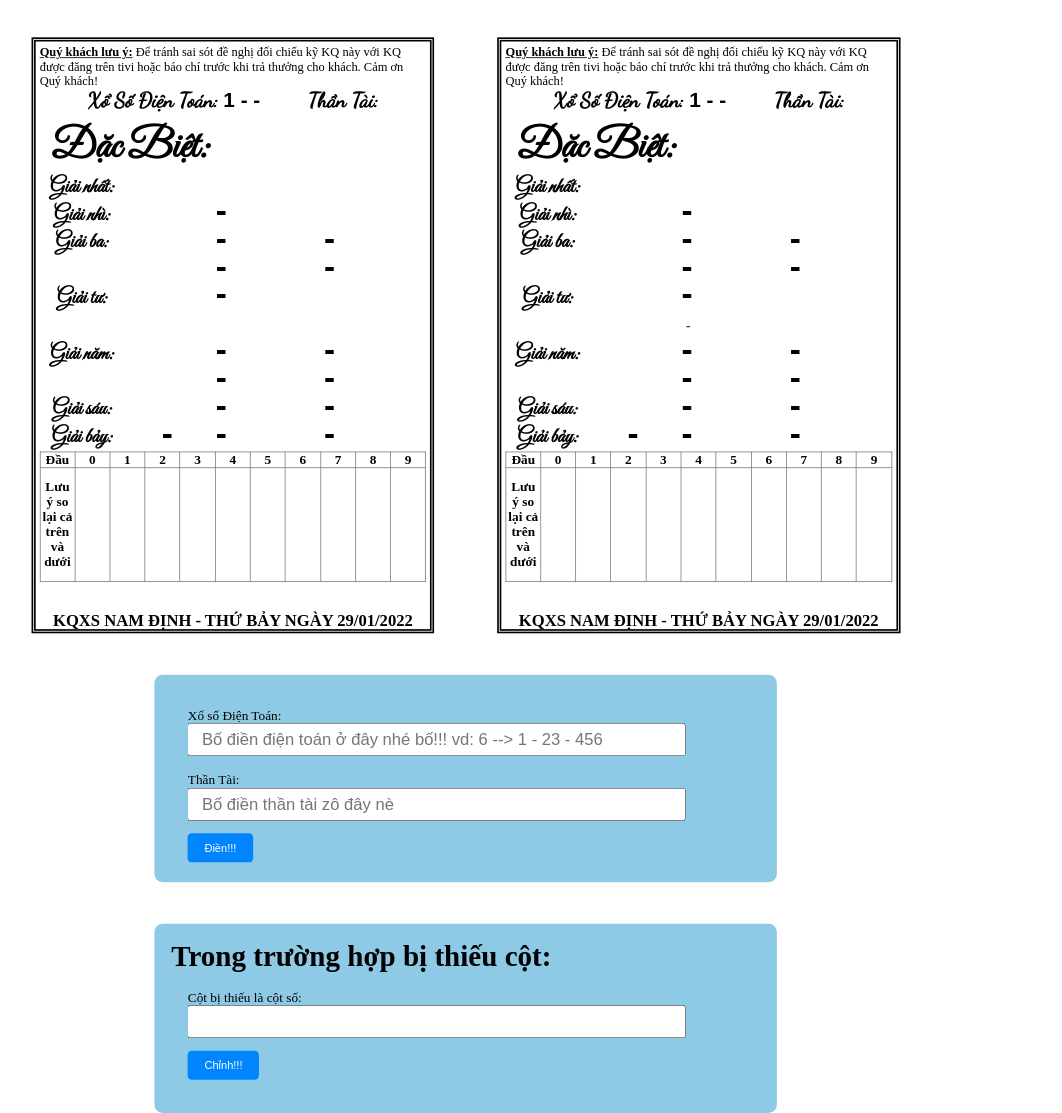
Repository: AnhDuc0125/xskt123
Page: index.html
An editor plug-in stored every save of this project. The page is shown before and after a run of saves, followed by the edit.
The browser window is 1280 px wide. The pictures show the whole page, at 83% of full size.
The page's requests for data from a server got no answer. Some web fonts or font styles are not loaded; a fallback is used.

Above is the page before, as saved 2022-01-29 19:51:45.

### index.html
<!DOCTYPE html>
<html lang="en">
  <head>
    <meta charset="UTF-8" />
    <meta http-equiv="X-UA-Compatible" content="IE=edge" />
    <meta name="viewport" content="width=device-width, initial-scale=1.0" />
    <link rel="stylesheet" href="style.css" />
    <title>Document</title>
  </head>
  <body>
    <div class="boxed__container">
      <div class="boxed--1">
        <div class="header">
          <div class="header--1">
            <b><u>Quý khách lưu ý:</u></b> Để tránh sai sót đề nghị đối chiếu kỹ
            KQ này với KQ được đăng trên tivi hoặc báo chí trước khi trả thưởng
            cho khách. Cảm ơn Quý khách!
          </div>
          <div class="header--2">
            <div class="dienToan">
              Xổ Số Điện Toán:
              <span id="data__dienToan--1">1 - - </span>
            </div>
            <div class="thanTai">
              Thần Tài: <span id="data__thanTai--1"></span>
            </div>
          </div>
        </div>

        <div class="body">
          <div class="body--1">
            <div class="dacBiet">
              Đặc Biệt:
              <span id="data__dacBiet" class="data__body--1"></span>
            </div>
          </div>
          <div class="body--2">
            <!-- row1 -->
            <div class="body__item body__name">Giải nhất:</div>
            <div class="body__item data__body--1"></div>
            <div class="body__item"></div>
            <div class="body__item"></div>
            <div class="body__item"></div>
            <div class="body__item"></div>
            <!-- row2 -->
            <div class="body__item body__name">Giải nhì:</div>
            <div class="body__item data__body--1"></div>
            <div class="body__item space">-</div>
            <div class="body__item data__body--1"></div>
            <div class="body__item"></div>
            <div class="body__item"></div>
            <!-- row3 -->
            <div class="body__item body__name">Giải ba:</div>
            <div class="body__item data__body--1"></div>
            <div class="body__item space">-</div>
            <div class="body__item data__body--1"></div>
            <div class="body__item space">-</div>
            <div class="body__item data__body--1"></div>
            <!-- row4 -->
            <div class="body__item"></div>
            <div class="body__item data__body--1"></div>
            <div class="body__item space">-</div>
            <div class="body__item data__body--1"></div>
            <div class="body__item space">-</div>
            <div class="body__item data__body--1"></div>
            <!-- row5 -->
            <div class="body__item body__name">Giải tư:</div>
            <div class="body__item data__body--1"></div>
            <div class="body__item space">-</div>
            <div class="body__item data__body--1"></div>
            <div class="body__item"></div>
            <div class="body__item"></div>
            <!-- row6 -->
            <div class="body__item"></div>
            <div class="body__item data__body--1"></div>
            <div class="body__item"></div>
            <div class="body__item data__body--1"></div>
            <div class="body__item"></div>
            <div class="body__item"></div>
            <!-- row7 -->
            <div class="body__item body__name">Giải năm:</div>
            <div class="body__item data__body--1"></div>
            <div class="body__item space">-</div>
            <div class="body__item data__body--1"></div>
            <div class="body__item space">-</div>
            <div class="body__item data__body--1"></div>
            <!-- row8 -->
            <div class="body__item"></div>
            <div class="body__item data__body--1"></div>
            <div class="body__item space">-</div>
            <div class="body__item data__body--1"></div>
            <div class="body__item space">-</div>
            <div class="body__item data__body--1"></div>
            <!-- row9 -->
            <div class="body__item body__name">Giải sáu:</div>
            <div class="body__item data__body--1"></div>
            <div class="body__item space">-</div>
            <div class="body__item data__body--1"></div>
            <div class="body__item space">-</div>
            <div class="body__item data__body--1"></div>
            <!-- row10 -->
            <div class="body__item body__name">Giải bảy:</div>
            <div class="body__item">
              <span class="data__body--1"></span>
              <span class="space">-</span>
              <span class="data__body--1"></span>
            </div>
            <div class="body__item space">-</div>
            <div class="body__item data__body--1"></div>
            <div class="body__item space">-</div>
            <div class="body__item data__body--1"></div>
          </div>
        </div>

        <div class="footer">
          <div class="footer--1">
            <table border="1">
              <thead>
                <tr>
                  <th class="title__table">Đầu</th>
                  <th class="cols__title">0</th>
                  <th class="cols__title">1</th>
                  <th class="cols__title">2</th>
                  <th class="cols__title">3</th>
                  <th class="cols__title">4</th>
                  <th class="cols__title">5</th>
                  <th class="cols__title">6</th>
                  <th class="cols__title">7</th>
                  <th class="cols__title">8</th>
                  <th class="cols__title">9</th>
                </tr>
              </thead>
              <tbody>
                <tr>
                  <th>Lưu ý so lại cả trên và dưới</th>
                  <th class="cols">
                    <ul id="data__0--1"></ul>
                  </th>
                  <th class="cols">
                    <ul id="data__1--1"></ul>
                  </th>
                  <th class="cols">
                    <ul id="data__2--1"></ul>
                  </th>
                  <th class="cols">
                    <ul id="data__3--1"></ul>
                  </th>
                  <th class="cols">
                    <ul id="data__4--1"></ul>
                  </th>
                  <th class="cols">
                    <ul id="data__5--1"></ul>
                  </th>
                  <th class="cols">
                    <ul id="data__6--1"></ul>
                  </th>
                  <th class="cols">
                    <ul id="data__7--1"></ul>
                  </th>
                  <th class="cols">
                    <ul id="data__8--1"></ul>
                  </th>
                  <th class="cols">
                    <ul id="data__9--1"></ul>
                  </th>
                </tr>
              </tbody>
            </table>
          </div>
          <div class="footer--2" id="data__footer--1"></div>
        </div>
      </div>
      <div class="boxed--2">
        <div class="header">
          <div class="header--1">
            <b><u>Quý khách lưu ý:</u></b> Để tránh sai sót đề nghị đối chiếu kỹ
            KQ này với KQ được đăng trên tivi hoặc báo chí trước khi trả thưởng
            cho khách. Cảm ơn Quý khách!
          </div>
          <div class="header--2">
            <div class="dienToan">
              Xổ Số Điện Toán:
              <span id="data__dienToan--2">1 - - </span>
            </div>
            <div class="thanTai">
              Thần Tài: <span id="data__thanTai--2"></span>
            </div>
          </div>
        </div>

        <div class="body">
          <div class="body--1">
            <div class="dacBiet">
              Đặc Biệt:
              <span id="data__dacBiet" class="data__body--2"></span>
            </div>
          </div>
          <div class="body--2">
            <!-- row1 -->
            <div class="body__item body__name">Giải nhất:</div>
            <div class="body__item data__body--2"></div>
            <div class="body__item"></div>
            <div class="body__item"></div>
            <div class="body__item"></div>
            <div class="body__item"></div>
            <!-- row2 -->
            <div class="body__item body__name">Giải nhì:</div>
            <div class="body__item data__body--2"></div>
            <div class="body__item space">-</div>
            <div class="body__item data__body--2"></div>
            <div class="body__item"></div>
            <div class="body__item"></div>
            <!-- row3 -->
            <div class="body__item body__name">Giải ba:</div>
            <div class="body__item data__body--2"></div>
            <div class="body__item space">-</div>
            <div class="body__item data__body--2"></div>
            <div class="body__item space">-</div>
            <div class="body__item data__body--2"></div>
            <!-- row4 -->
            <div class="body__item"></div>
            <div class="body__item data__body--2"></div>
            <div class="body__item space">-</div>
            <div class="body__item data__body--2"></div>
            <div class="body__item space">-</div>
            <div class="body__item data__body--2"></div>
            <!-- row5 -->
            <div class="body__item body__name">Giải tư:</div>
            <div class="body__item data__body--2"></div>
            <div class="body__item space">-</div>
            <div class="body__item data__body--2"></div>
            <div class="body__item"></div>
            <div class="body__item"></div>
            <!-- row6 -->
            <div class="body__item"></div>
            <div class="body__item data__body--2"></div>
            <div class="body__item">-</div>
            <div class="body__item data__body--2"></div>
            <div class="body__item"></div>
            <div class="body__item"></div>
            <!-- row7 -->
            <div class="body__item body__name">Giải năm:</div>
            <div class="body__item data__body--2"></div>
            <div class="body__item space">-</div>
            <div class="body__item data__body--2"></div>
            <div class="body__item space">-</div>
            <div class="body__item data__body--2"></div>
            <!-- row8 -->
            <div class="body__item"></div>
            <div class="body__item data__body--2"></div>
            <div class="body__item space">-</div>
            <div class="body__item data__body--2"></div>
            <div class="body__item space">-</div>
            <div class="body__item data__body--2"></div>
            <!-- row9 -->
            <div class="body__item body__name">Giải sáu:</div>
            <div class="body__item data__body--2"></div>
            <div class="body__item space">-</div>
            <div class="body__item data__body--2"></div>
            <div class="body__item space">-</div>
            <div class="body__item data__body--2"></div>
            <!-- row10 -->
            <div class="body__item body__name">Giải bảy:</div>
            <div class="body__item">
              <span class="data__body--2"></span>
              <span class="space">-</span>
              <span class="data__body--2"></span>
            </div>
            <div class="body__item space">-</div>
            <div class="body__item data__body--2"></div>
            <div class="body__item space">-</div>
            <div class="body__item data__body--2"></div>
          </div>
        </div>

        <div class="footer">
          <div class="footer--1">
            <table border="1">
              <thead>
                <tr>
                  <th class="title__table">Đầu</th>
                  <th class="cols__title">0</th>
                  <th class="cols__title">1</th>
                  <th class="cols__title">2</th>
                  <th class="cols__title">3</th>
                  <th class="cols__title">4</th>
                  <th class="cols__title">5</th>
                  <th class="cols__title">6</th>
                  <th class="cols__title">7</th>
                  <th class="cols__title">8</th>
                  <th class="cols__title">9</th>
                </tr>
              </thead>
              <tbody>
                <tr>
                  <th>Lưu ý so lại cả trên và dưới</th>
                  <th class="cols">
                    <ul id="data__0--2"></ul>
                  </th>
                  <th class="cols">
                    <ul id="data__1--2"></ul>
                  </th>
                  <th class="cols">
                    <ul id="data__2--2"></ul>
                  </th>
                  <th class="cols">
                    <ul id="data__3--2"></ul>
                  </th>
                  <th class="cols">
                    <ul id="data__4--2"></ul>
                  </th>
                  <th class="cols">
                    <ul id="data__5--2"></ul>
                  </th>
                  <th class="cols">
                    <ul id="data__6--2"></ul>
                  </th>
                  <th class="cols">
                    <ul id="data__7--2"></ul>
                  </th>
                  <th class="cols">
                    <ul id="data__8--2"></ul>
                  </th>
                  <th class="cols">
                    <ul id="data__9--2"></ul>
                  </th>
                </tr>
              </tbody>
            </table>
          </div>
          <div class="footer--2" id="data__footer--2"></div>
        </div>
      </div>
    </div>
    <div class="ask">
      <div class="form__group">
        <label class="label__control">Xổ số Điện Toán:</label>
        <input
          type="number"
          class="form__control input__dienToan"
          oninput="javascript: if (this.value.length > this.maxLength) this.value = this.value.slice(0, this.maxLength);"
          maxlength="6"
          placeholder="Bố điền điện toán ở đây nhé bố!!! vd: 6 --> 1 - 23 - 456"
        />
      </div>
      <div class="form__group">
        <form id="form_thanTai">
          <label for="" class="label__control">Thần Tài:</label>
          <input
            type="number"
            class="form__control input__thanTai"
            oninput="javascript: if (this.value.length > this.maxLength) this.value = this.value.slice(0, this.maxLength);"
            maxlength="4"
            placeholder="Bố điền thần tài zô đây nè"
          />
          <button onclick="showData()">Điền!!!</button>
        </form>
      </div>
    </div>
    <div class="custom_box">
      <strong style="font-size: 35px">Trong trường hợp bị thiếu cột:</strong>
      <div class="form__group">
        <form id="form_custom">
          <div class="label__control">Cột bị thiếu là cột số:</div>
          <input
            type="number"
            class="form__control"
            id="input__custom--column"
            oninput="javascript: if (this.value.length > this.maxLength) this.value = this.value.slice(0, this.maxLength);"
            maxlength="1"
          />
          <button onclick="customColumn()">Chỉnh!!!</button>
        </form>
      </div>
    </div>
  </body>
  <script src="app.js"></script>
</html>

### style.css
@import url("https://fonts.googleapis.com/css2?family=Great+Vibes&display=swap");
@import url("https://fonts.googleapis.com/css2?family=Dancing+Script&display=swap");
@import url("https://fonts.googleapis.com/css2?family=Andada+Pro:ital,wght@1,800&display=swap");

* {
  margin: 0;
  padding: 0;
  box-sizing: border-box;
}

body {
  width: 29.7cm;
  height: 21cm;
}

.boxed__container {
  width: 27.7cm;
  height: 19cm;
  margin: 1.2cm 1cm 0.8cm;
  display: grid;
  grid-template-columns: 12.85cm 12.85cm;
  grid-template-rows: 19cm;
  column-gap: 2cm;
}

.boxed--1,
.boxed--2 {
  width: 12.85cm;
  height: 19cm;
  padding: 5px;
  border: 5px double black;
}

/* header css*/
.header {
  width: 100%;
  height: 10%;
}

.header--1 {
  font-size: 15px;
}

.header--2 {
  font-family: "Dancing Script", cursive;
  font-weight: bold;
  font-size: 25px;
  display: flex;
  justify-content: space-evenly;
}

/* data css */
#data__dienToan--1,
#data__thanTai--1,
#data__dienToan--2,
#data__thanTai--2,
#data__dacBiet,
.data__body--1,
.data__body--2 {
  font-family: arial;
}

#data__dacBiet {
  font-size: 70px;
}

.space {
  font-family: Arial, Helvetica, sans-serif;
  font-size: 40px;
  transform: translateY(-5px);
}

.data__body--1,
.data__body--2 {
  font-size: 30px;
  margin-right: 5px;
}

/* body css*/
.body {
  width: 100%;
  height: 60%;
  font-family: "Great Vibes", cursive;
  font-weight: bold;
}

.body--1 {
  width: 100%;
  height: 20%;
  display: flex;
  align-items: center;
}

.body--1 .dacBiet {
  font-size: 50px;
  margin-left: 15px;
}

.body--2 {
  width: 100%;
  height: 80%;
  display: grid;
  grid-template-columns: 22% 22% 6% 22% 6% 22%;
  grid-template-rows: 10% 10% 10% 10% 10% 10% 10% 10% 10% 10%;
}

.body--2 .body__item {
  display: flex;
  justify-content: center;
  align-items: center;
}

.body--2 .body__item.body__name {
  font-size: 25px;
}

.body--2 .body__item.data__body--1,
.body--2 .body__item.data__body--2 {
  justify-content: right;
}

.footer {
  width: 100%;
  height: 30%;
}

.footer--1 {
  width: 100%;
  height: 75%;
}

.footer table {
  width: 100%;
  height: 100%;
  border-collapse: collapse;
}

ul {
  list-style-type: none;
}

th.cols__title {
  width: 46.19px;
}

th.cols {
  vertical-align: top;
  height: 137.07px;
}

.title__table {
  width: 9%;
}

.footer--2 {
  width: 100%;
  height: 25%;
  font-family: "Andada Pro", serif;
  font-weight: bolder;
  font-size: 20px;
  text-align: center;
  transform: translateY(35px);
}

.ask {
  width: 750px;
  height: 250px;
  padding: 20px;
  margin: 0 auto;
  border-radius: 10px;
  border: none;
  color: black;
  background-color: #8ecae6;
  margin-top: 50px;
}

.custom_box {
  width: 750px;
  height: fit-content;
  padding: 20px;
  margin: 0 auto;
  border-radius: 10px;
  border: none;
  color: black;
  background-color: #8ecae6;
  margin-top: 50px;
}

.form__group {
  margin: 20px;
}

label {
  display: block;
}

input::-webkit-outer-spin-button,
input::-webkit-inner-spin-button {
  -webkit-appearance: none;
  margin: 0;
}

.form__control {
  width: 600px;
  height: 40px;
  padding: 15px;
  font-size: 20px;
}

button {
  display: block;
  padding: 10px 20px;
  background-color: #0085ff;
  border-radius: 5px;
  border: none;
  color: white;
  cursor: pointer;
  margin-top: 15px;
}

Loaded but not shown: app.js (234 lines, source omitted)

After the next 2 saves:
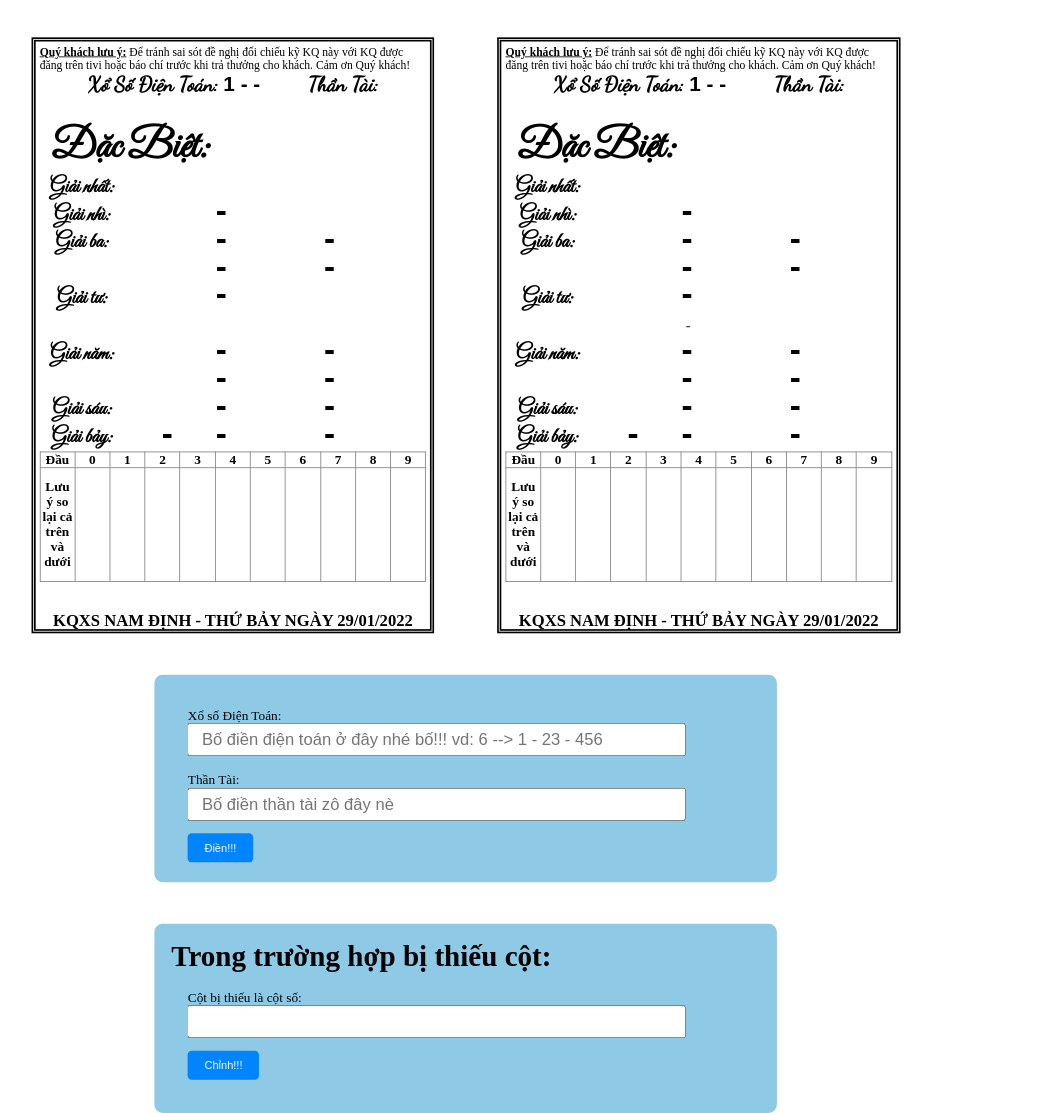
The 2 saves are shown as one change because they came seconds apart.
The last was saved 4 min 55 s later.
--- a/style.css
+++ b/style.css
@@ -38,7 +38,7 @@ body {
 }
 
 .header--1 {
-  font-size: 15px;
+  font-size: 14px;
 }
 
 .header--2 {
